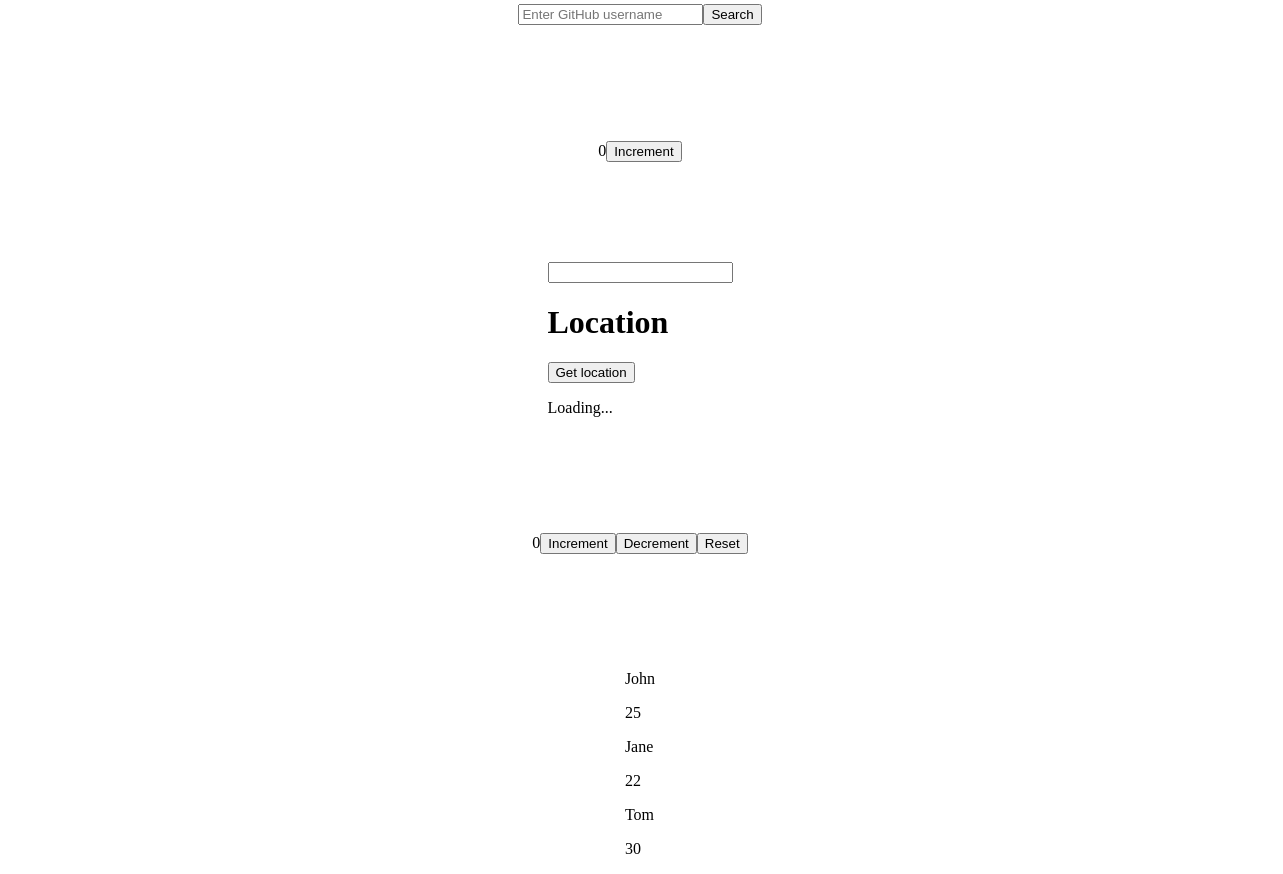
Repository: CryptoFamilyNFT/develhope
Page: /count (app in vite/v1/)
An editor plug-in stored every save of this project. The page is shown before and after the next save, followed by the edit.
The browser window is 1280 px wide. The page is 1280 px wide, then 1283 px, so the pictures cover 1283 px, including what lies to the right of the window. The pictures show the whole page.
The page's requests for data from a server got no answer. The project was rebuilt for these pictures with package versions that can differ from the ones it lists, and the page was loaded fresh each time. No one was signed in, and anything a server would have sent is missing. Also part of the build but not shown: vite/v1/vite.config.js, vite/v1/src/index.css, vite/v1/src/components/GitHubUser/GitHubUser.jsx.

Above is the page before, as saved 2025-02-27 09:25:57.

After the next save:
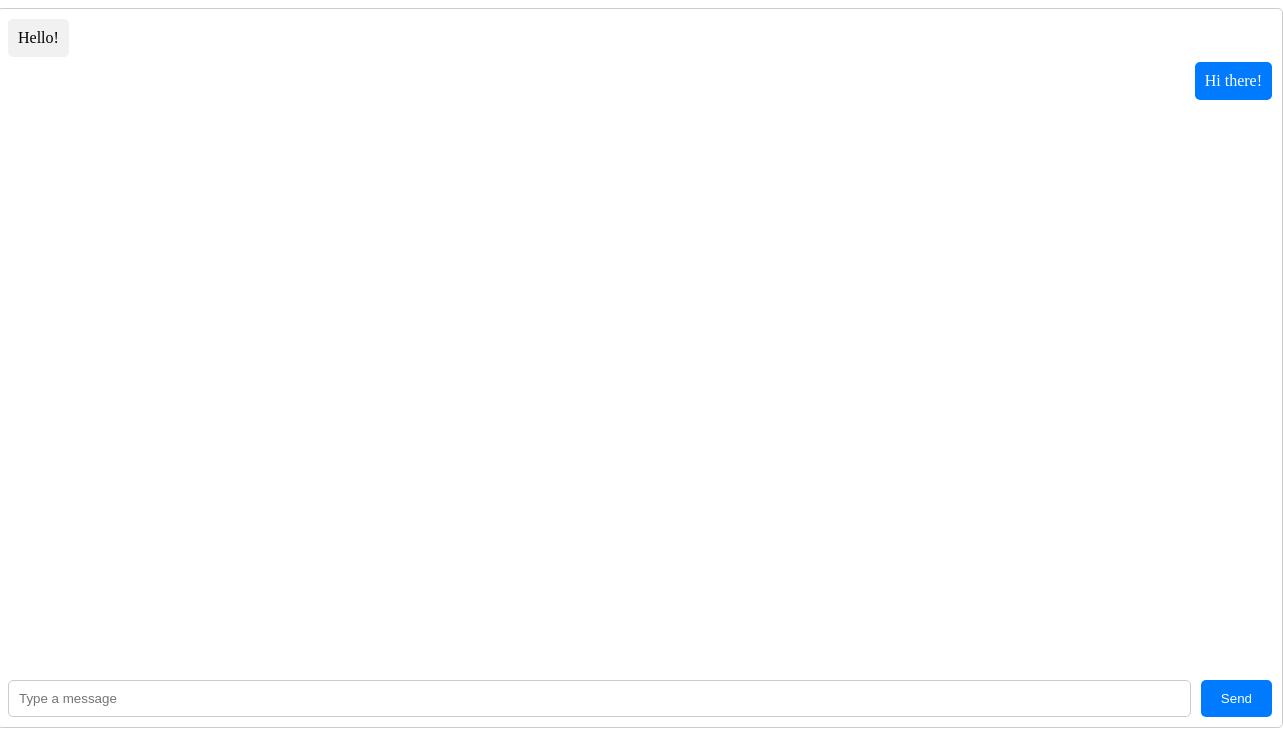
Saved 10 min 47 s later.
--- a/vite/v1/src/App.jsx
+++ b/vite/v1/src/App.jsx
@@ -16,6 +16,7 @@ import useGithubUser from "./components/hooks/useGithubUser";
 import useCurrentLocation from "./components/hooks/useCurrentLocation";
 import useCustomCounter from "./components/hooks/useCustomCounter";
 import { FilterList, objList } from "./components/FilteredList/FilteredList";
+import Chat from "./components/Chat/Chat";
 
 function App() {
   const { context, saveContext } = React.useContext(LanguageContext);
@@ -84,6 +85,7 @@ function App() {
       3
     </CounterDisplay>
     <Users/>*/}
+    {/*
       <div id="context-lang">
         <h2>{context.textTranslated}</h2>
         <input type="text" value={context?.lang || ''} onChange={(e) => saveContext({ ...context, lang: e.target.value })} />
@@ -92,16 +94,21 @@ function App() {
         <input type="checkbox" checked={langSelected === 'es'} value={'es'} onChange={(e) => switchText(e.target.value)} title="es" />
       </div>
 
-      {/* GITHUB USERS */}
+      {/* GITHUB USERS
       <GitHubUsers />
+      */}
 
       {/* useCounter */}
+          {/*
       <div>
         {count}
         <button onClick={() => increment()}>Increment</button>
       </div>
+      */}
 
       {/* useGitHubUser */}
+          {/*
+
       <div>
         <form>
           <input type="text" value={username || ''} onChange={(e) => UpdateUserGithub(e.target.value)} />
@@ -122,17 +129,20 @@ function App() {
           {_error !== null && <p>Error: {_error}</p>}
         </div>
       </div>
+      /*}
 
       {/* usecustomCounter */}
+      {/*
       <div>
         {_count}
         <button onClick={_increment}>Increment</button>
         <button onClick={decrement}>Decrement</button>
         <button onClick={reset}>Reset</button>
       </div>
-
-      {/* FilteredList */}
-      <FilterList list={objList} />
+      */}
+      {/* FilteredList
+      <FilterList list={objList} /> */}
+       <Chat />
     </div>
   );
 }
